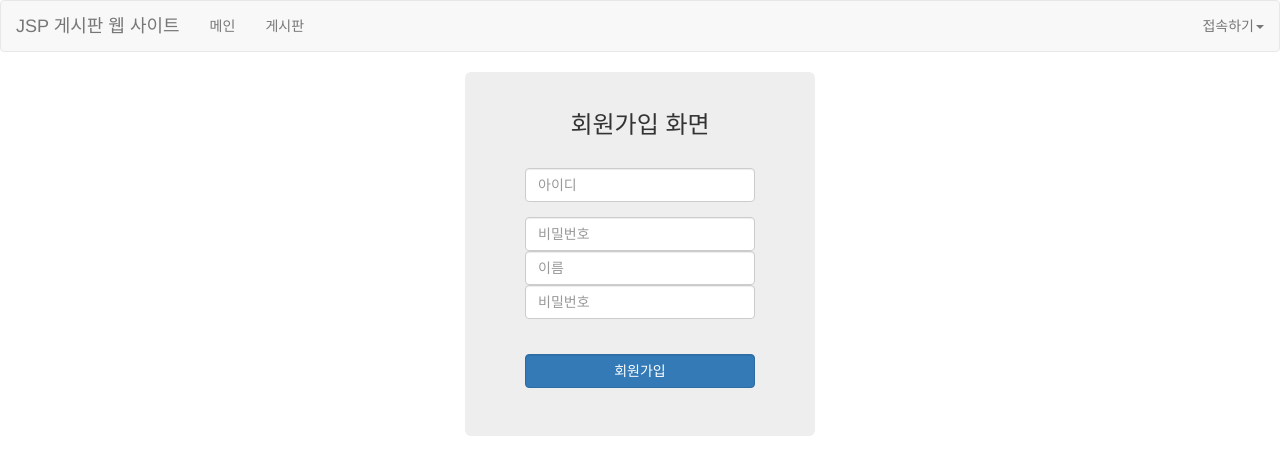
Repository: chyun94/JSP-
Page: http://localhost/BBS/join.jsp
These files come from the project's save history. The page is drawn as it stood at one moment and after the next save; the edit follows.
The browser window is 1280 px wide. The pictures show the whole page.
Some web libraries are served in a nearby version. The page is served by Tomcat 9. Other server files are loaded and not shown.

Above is the page before, as saved 2021-05-07 17:28:58.

### BBS/WebContent/join.jsp
<%@ page language="java" contentType="text/html; charset=UTF-8"
	pageEncoding="UTF-8"%>
<!DOCTYPE html>
<html>
<head>
<meta http-equiv="Content-Type" content="text/html; charset="UTF-8">
<!-- 아래 메타 태그는 디바이스마다 크기를 설정하기 위해서 작한한 메타 태그 -->
<meta name="viewport" content="width=device-width" , initial-scale="1">
<link rel="stylesheet" href="css/bootstrap.css">

<title>JSP 게시판 웹 사이트</title>
</head>
<body>
	<nav class="navbar navbar-default">
		<div class="navbar-header">
			<button type="button" class="navbar-toggle collapsed"
				data-toggle="collapse" data-target="#bs-example-navbar-collapse-1"
				aria-expanded="false">

				<span class="icon-bar"></span> <span class="icon-bar"></span> <span
					class="icon-bar"></span>

			</button>
			<a class="navbar-brand" href="main.jsp">JSP 게시판 웹 사이트</a>
		</div>
		<div class="collapse navbar-collapse"
			id="bs-example-navbar-collapse-1">
			<ul class="nav navbar-nav">
				<li><a href="main.jsp">메인</a></li>
				<li><a href="bbs.jsp">게시판</a></li>
			</ul>

			<ul class="nav navbar-nav navbar-right">
				<li class="dropdown">
				<a href="#" class="dropdown-toggle"
				data-toggle="dropdown" role="button" aria-haspopup="true"
				aria-expanded="false">접속하기<span class="caret"></span></a>

				<ul class="dropdown-menu">
					<li class="active"><a href="login.jsp">로그인</a></li>
					<li><a href="join.jsp">회원가입</a></li>
				</ul>
			</li>
		</ul>
	</div>
</nav>
	<!-- 컨테이너로 하나로 감싸주기 -->
	<div class="container">
		<div class="col-lg-4"></div>
		<div class="col-lg-4">
			<div class="jumbotron" style="padding-top: 20px;">
				<form method="post"  action="loginAction.jsp">
					<h3 style="text-align: center; padding-bottom: 20px;">회원가입 화면</h3>

					<div class="form-group">
						<input type="text" class="form-control" placeholder="아이디" name="userID" maxlength="20">
					</div>

					<div>
						<input type="text" class="form-control" placeholder="비밀번호" name="userPassword" maxlength="20">
					</div>

					<div>
						<input type="text" class="form-control" placeholder="이름" name="userName" maxlength="20">
					</div>

					<div class="form-group" style="text-align: center;">
						<input type="text" class="form-control" placeholder="비밀번호" name="userPassword" maxlength="20">
					</div>

					<div style="padding-top: 20px;">
					<input type="submit" class="btn btn-primary form-control" value="회원가입">
					</div>

				</form>
			</div>
		</div>
	</div>
	<div class="col-lg-4"></div>

	<script src="https://code.jquery.com/jquery-3.1.1.min.js"></script>
	<script src="js/bootstrap.js"></script>

</body>
</html>

Loaded but not shown: BBS/WebContent/css/bootstrap.css (library); BBS/WebContent/js/bootstrap.js (library)

After the next save:
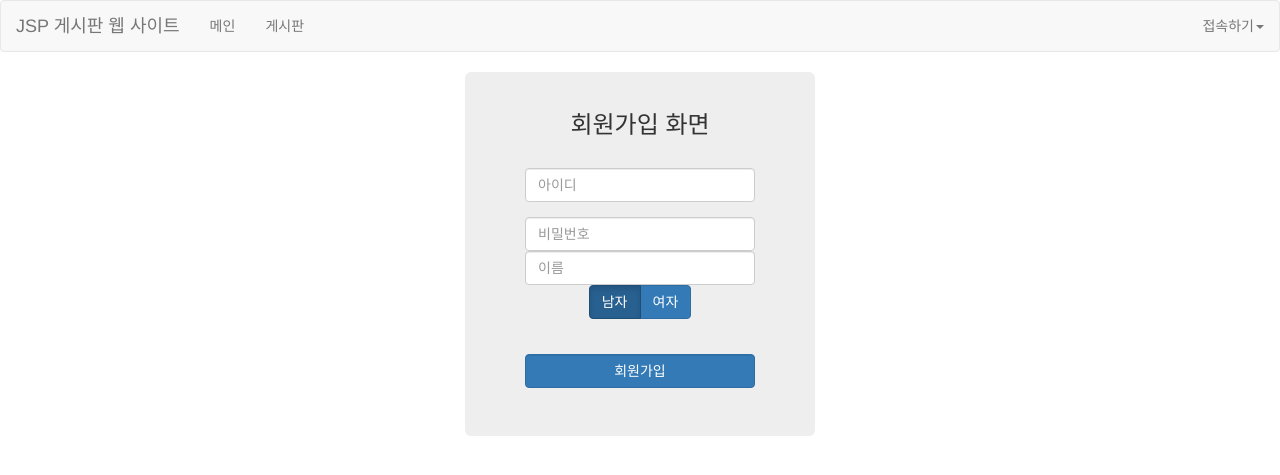
Saved 3 min 0 s later.
--- a/BBS/WebContent/join.jsp
+++ b/BBS/WebContent/join.jsp
@@ -65,7 +65,14 @@
 					</div>
 
 					<div class="form-group" style="text-align: center;">
-						<input type="text" class="form-control" placeholder="비밀번호" name="userPassword" maxlength="20">
+						<div class="btn-group" data-toggle="buttons">
+							<label class="btn btn-primary active">
+								<input type="radio" name="userGender" autocomplete="off" value="남자" checked="checked">남자
+							</label>
+							<label class="btn btn-primary">
+								<input type="radio" name="userGender" autocomplete="off" value="여자" checked="checked">여자
+							</label>
+						</div>
 					</div>
 
 					<div style="padding-top: 20px;">
